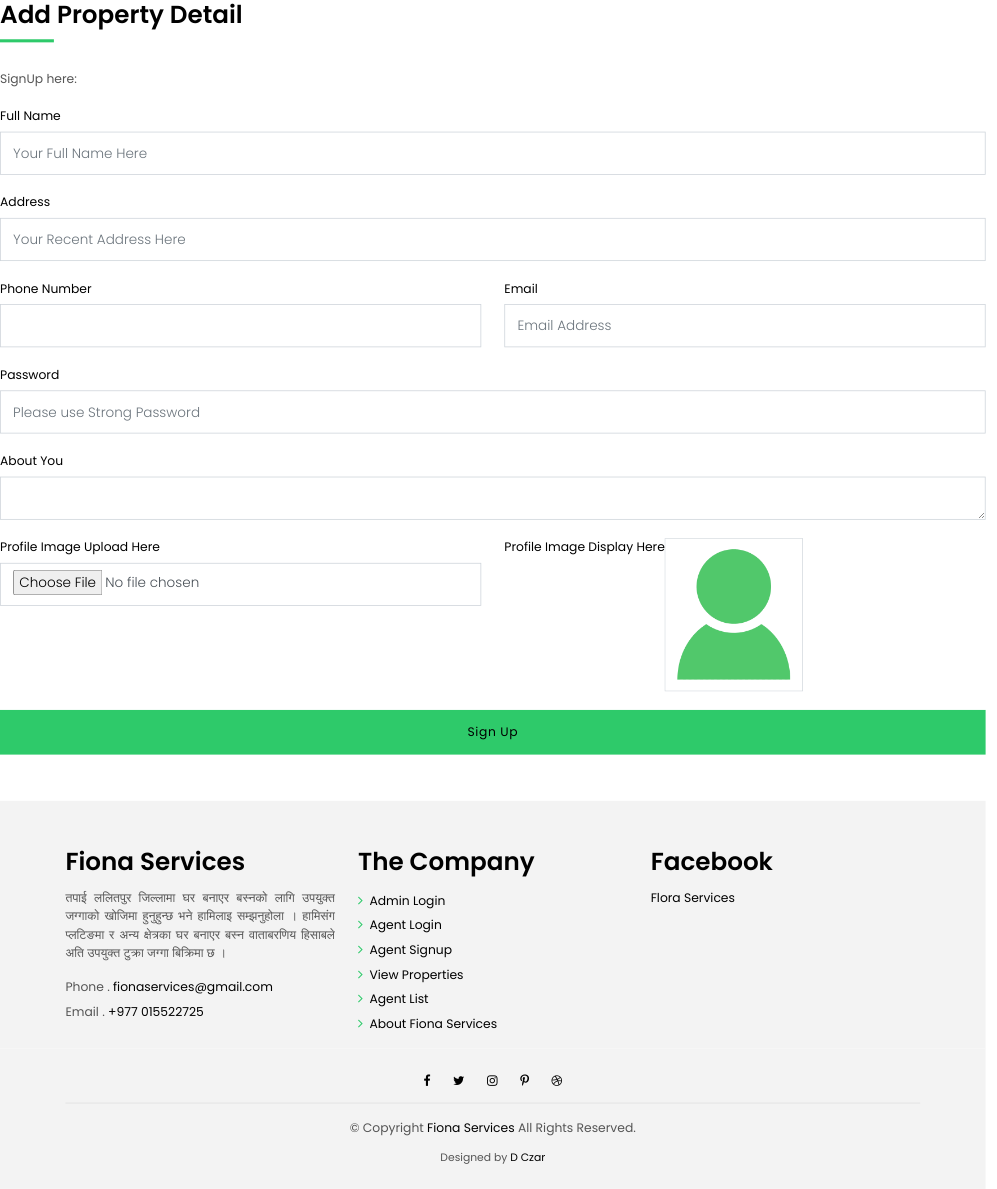
Repository: Sjuicyy/realstate
Page: Add-Property.html
An editor plug-in stored every save of this project. The page is shown before and after a run of saves, followed by the edit.
The browser window is 1280 px wide. The page is 1295 px wide, then 1280 px, then 1295 px, so the pictures cover 1295 px, including what lies to the right of the window. The pictures show the whole page, at 77% of full size.

Above is the page before, as saved 2022-10-13 14:36:16.

After the next 2 saves:
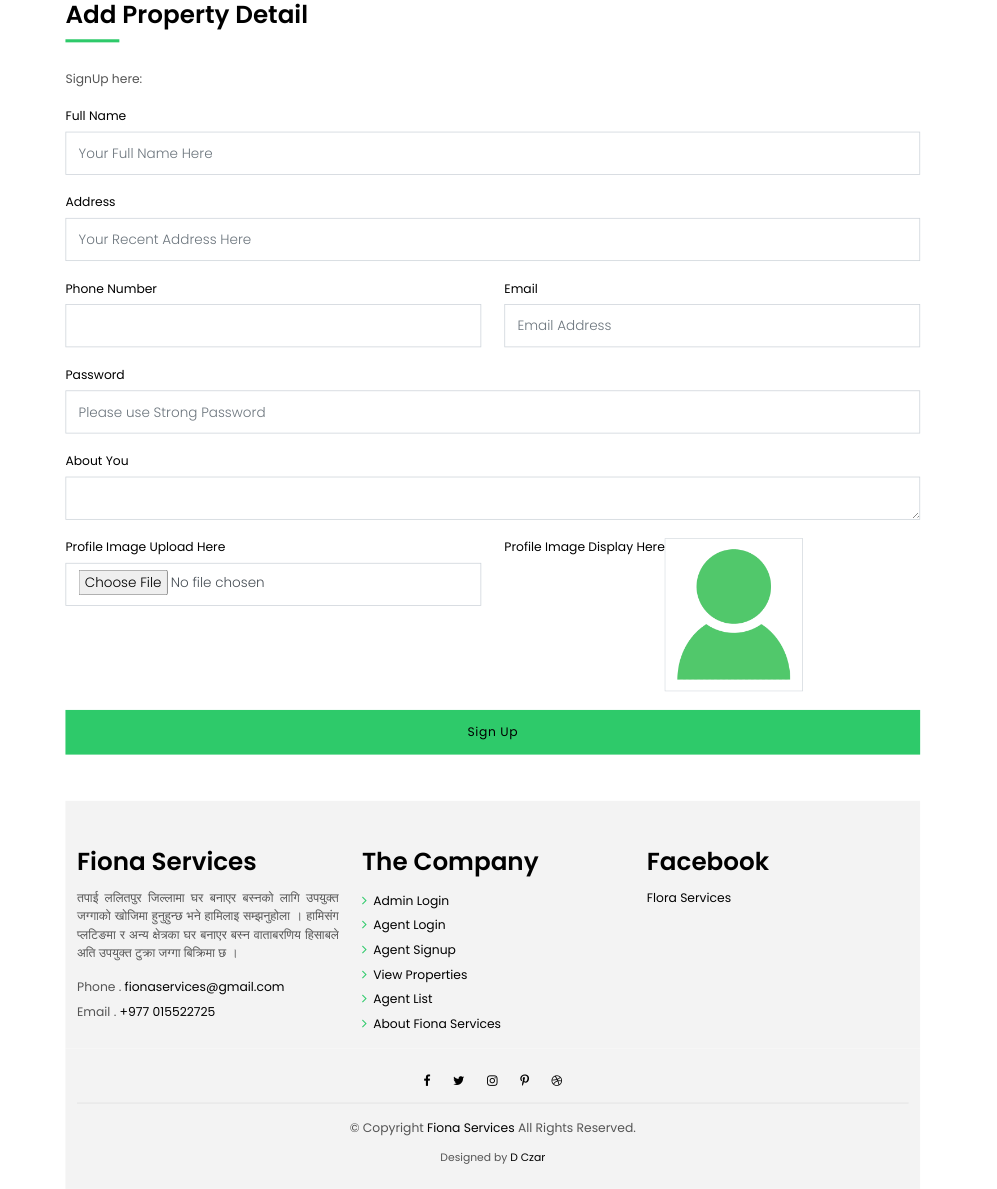
The 2 saves are shown as one change because they came seconds apart.
The last was saved 40 min 0 s later.
--- a/Add-Property.html
+++ b/Add-Property.html
@@ -96,7 +96,7 @@
 
 
 
-  <div class="">
+  <div class="container">
     <div class="title-box-d">
       <h3 class="title-d margin-auto">Add Property Detail</h3>
     </div>

After the save that followed:
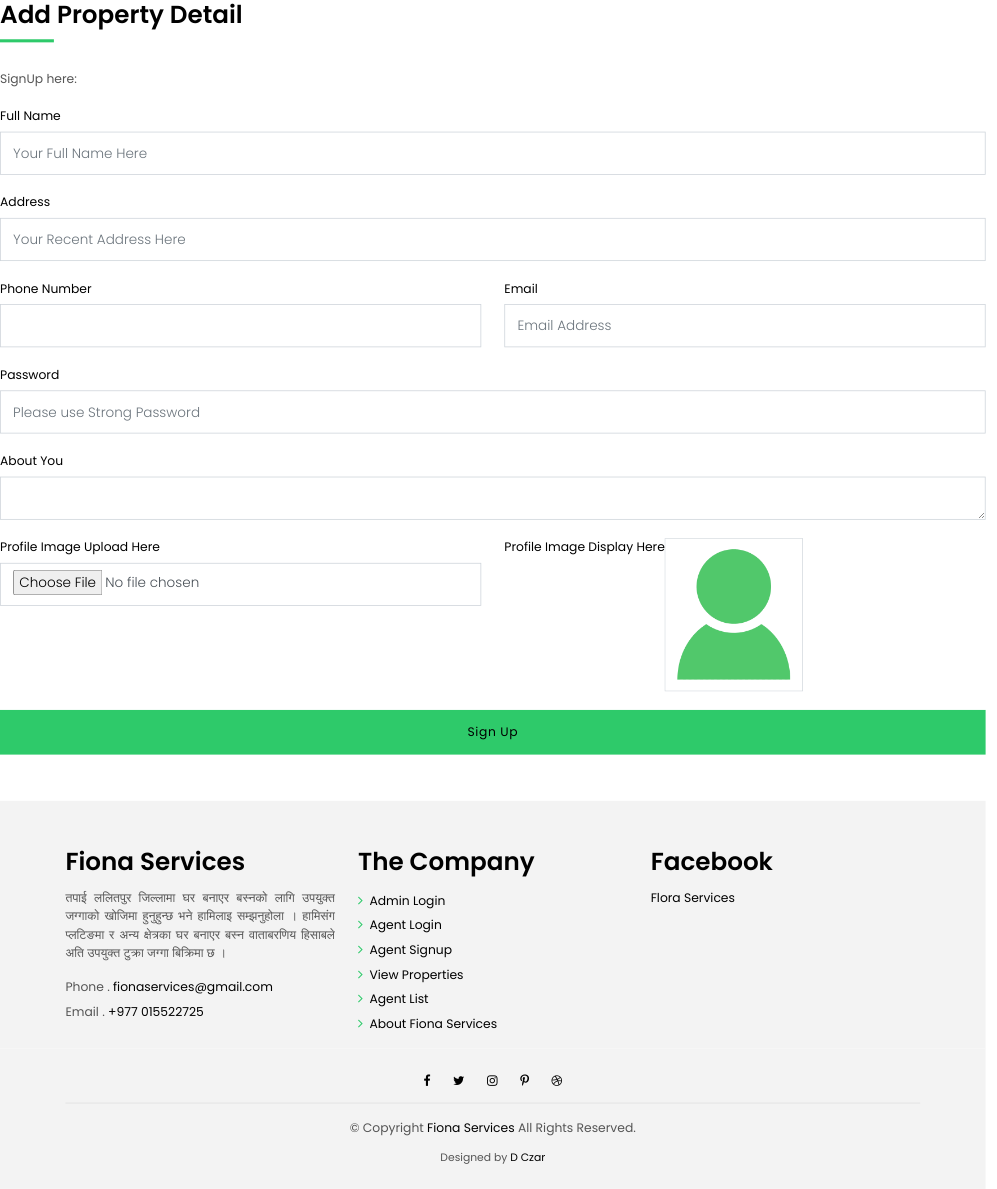
Saved 7 s later.
--- a/Add-Property.html
+++ b/Add-Property.html
@@ -96,7 +96,7 @@
 
 
 
-  <div class="container">
+  <div class="container-sm">
     <div class="title-box-d">
       <h3 class="title-d margin-auto">Add Property Detail</h3>
     </div>
